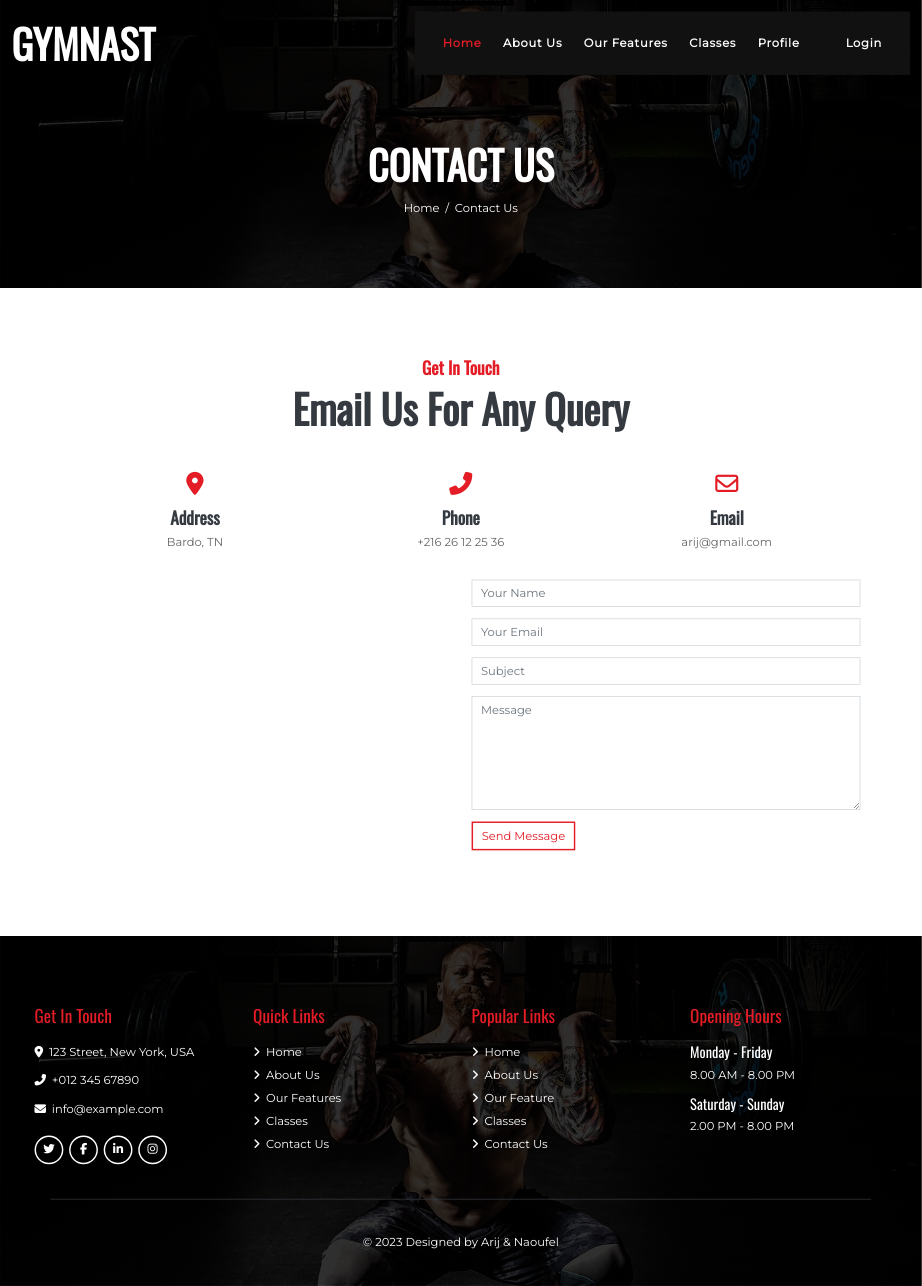
Repository: Arouja/frontgym
Page: /contact
The author's editor kept a copy of each file at every save. The page is drawn from the files as they stood at one save, then again after the next save.
The browser window is 1280 px wide. The pictures show the whole page, at 72% of full size.
Pictures or frames that could not be fetched are drawn as grey boxes. Some web libraries are served in a nearby version. The project was rebuilt for these pictures with package versions that can differ from the ones it lists, and the page was loaded fresh each time. Also part of the build but not shown: src/App.css, src/Components/about/About.jsx, src/Components/classes/Classes.jsx, src/Components/home/Home.jsx, src/Components/feature/Feature.jsx, src/actions/authActions.js, src/Components/login/Login.jsx, src/Components/profile/profile.jsx and 4 more.

Above is the page before, as saved 2023-09-29 16:37:36.

After the next save:
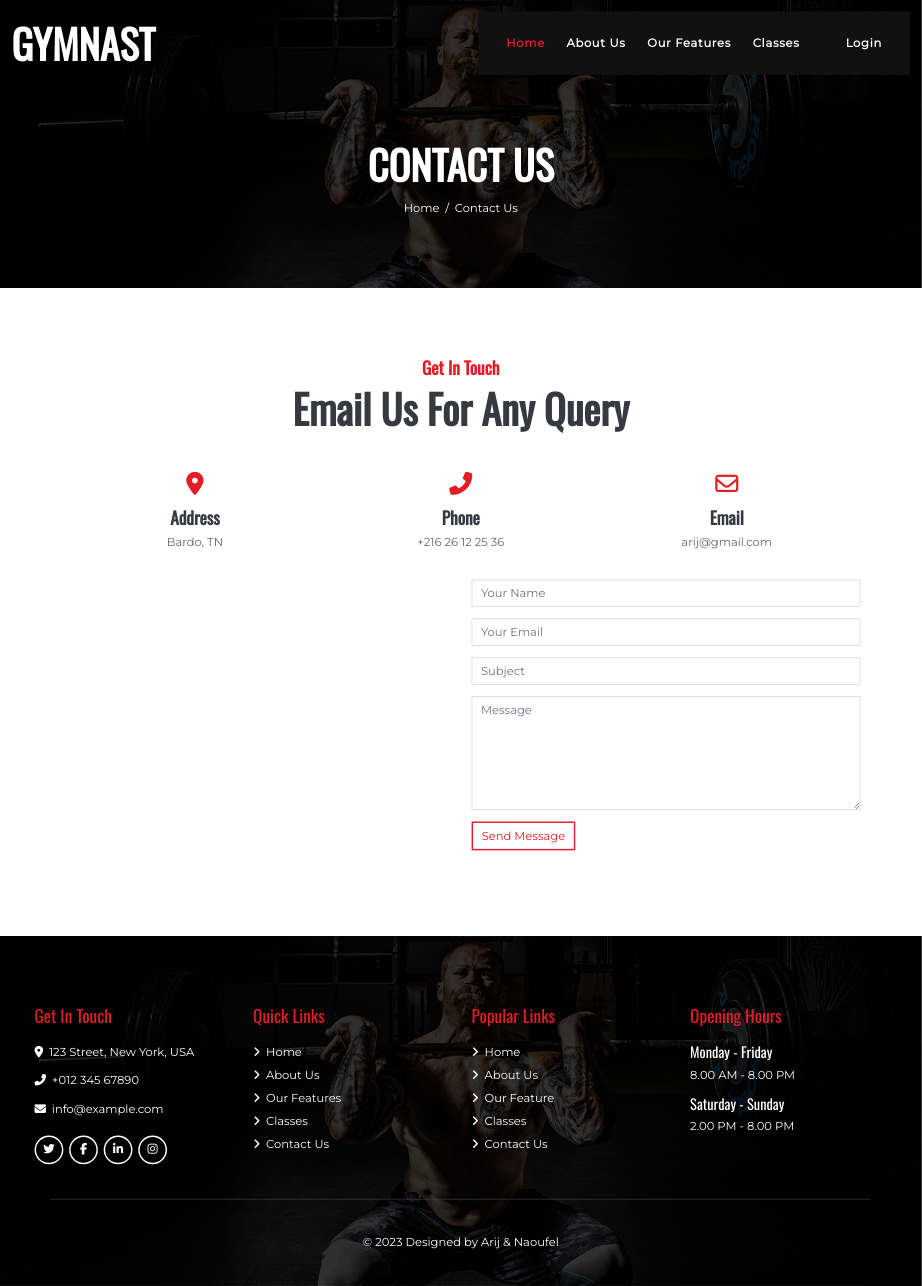
Saved 53 s later.
--- a/src/Components/navbar/Navbar.jsx
+++ b/src/Components/navbar/Navbar.jsx
@@ -44,7 +44,7 @@ const Navbar = () => {
               <Link className="nav-item nav-link" to="/classes">
                 Classes
               </Link>
-              {<Link className="nav-item nav-link" to="/profile">Profile</Link>}
+
               <div className="nav-item dropdown">
                 <button
                   className="nav-link btn btn-link"
